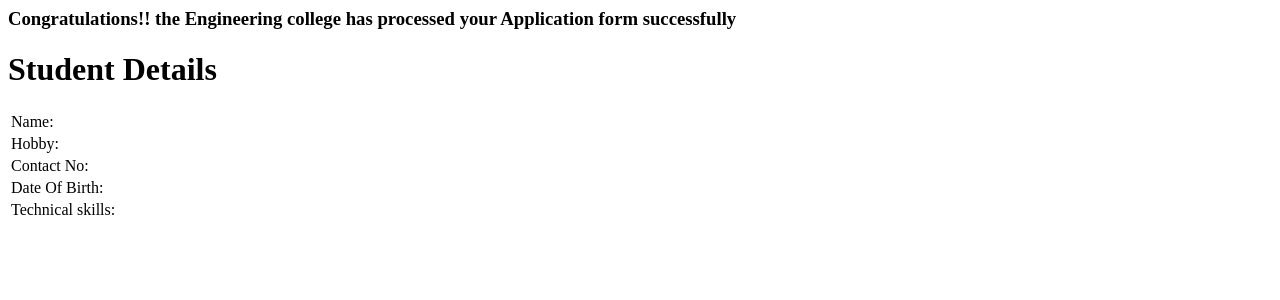
Repository: Imvicoder/SpringMVC-Codes
Page: http://localhost/ModelAttributAnnotationEg/WEB-INF/Successmsg.jsp
The author's editor kept a copy of each file at every save. The page is drawn from the files as they stood at one save, then again after the next save.
The browser window is 1280 px wide. The pictures show the whole page.
The page is served by Tomcat 9. Nobody is signed in. The template is opened directly, without the code that normally fills it, so the values that code supplies are empty.

Above is the page before, as saved 2017-07-10 15:39:51.

After the next save:
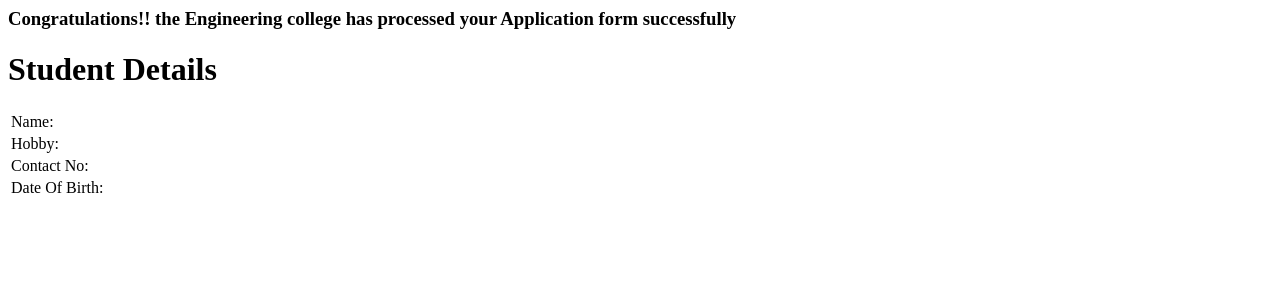
Saved 13 s later.
--- a/ModelAttributAnnotationEg/WebContent/WEB-INF/Successmsg.jsp
+++ b/ModelAttributAnnotationEg/WebContent/WEB-INF/Successmsg.jsp
@@ -26,10 +26,10 @@
 			<td>Date Of Birth:</td>
 			<td>${student.dob}</td>
 		</tr>
-		<tr>
+		<%-- <tr>
 			<td>Technical skills:</td>
 			<td>${student.skills}</td>
-		</tr>
+		</tr> --%>
 	</table>
 </body>
 </html>
